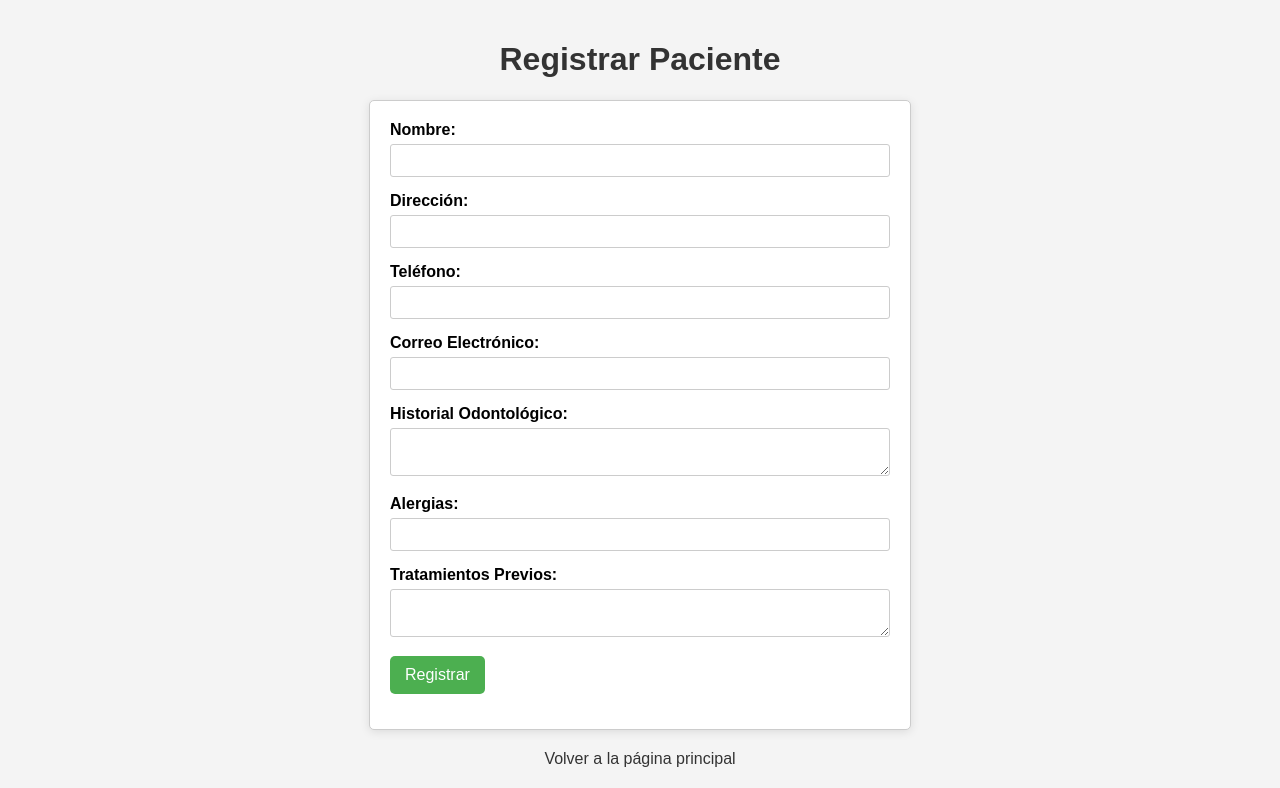
Repository: Aimarvera/LPII_EF_VeraDuran
Page: http://localhost/RegistrarPaciente
An editor plug-in stored every save of this project. The page is shown before and after the next save, followed by the edit.
The browser window is 1280 px wide. The pictures show the whole page.
The page is this project's Thymeleaf template; nobody is signed in. The template is opened directly, without the code that normally fills it, so the values that code supplies are empty.

Above is the page before, as saved 2024-10-24 04:39:38.

### Clinica/src/main/resources/templates/RegistrarPaciente.html
<!DOCTYPE html>
<html xmlns:th="http://www.thymeleaf.org">
<head>
    <meta charset="UTF-8">
    <title>Registrar Paciente</title>
    <link rel="stylesheet" type="text/css" href="/css/RegistrarPacientes.css"> <!-- Vincula el CSS -->
</head>
<body>
    <h1>Registrar Paciente</h1>

    <form th:action="@{/pacientes/registrar}" th:object="${paciente}" method="post">
        <div>
            <label for="nombre">Nombre:</label>
            <input type="text" id="nombre" th:field="*{nombre}" required/>
        </div>
        <div>
            <label for="direccion">Dirección:</label>
            <input type="text" id="direccion" th:field="*{direccion}" required/>
        </div>
        <div>
            <label for="telefono">Teléfono:</label>
            <input type="text" id="telefono" th:field="*{telefono}" required/>
        </div>
        <div>
            <label for="email">Correo Electrónico:</label>
            <input type="email" id="email" th:field="*{email}" required/>
        </div>
        <div>
            <label for="historialOdontologico">Historial Odontológico:</label>
            <textarea id="historialOdontologico" th:field="*{historialOdontologico}" required></textarea>
        </div>
        <div>
            <label for="alergias">Alergias:</label>
            <input type="text" id="alergias" th:field="*{alergias}" />
        </div>
        <div>
            <label for="tratamientosPrevios">Tratamientos Previos:</label>
            <textarea id="tratamientosPrevios" th:field="*{tratamientosPrevios}"></textarea>
        </div>

        <div>
            <button type="submit">Registrar</button>
        </div>
    </form>

    <a th:href="@{/}">Volver a la página principal</a>
</body>
</html>

### Clinica/src/main/resources/static/Registrarpacientes.css
/* RegistrarPacientes.css */

/* Estilos generales del body */
body {
    font-family: Arial, sans-serif;
    background-color: #f4f4f4;
    margin: 0;
    padding: 20px;
}

/* Estilo del título principal */
h1 {
    color: #333;
    text-align: center;
}

/* Estilo del formulario */
form {
    background-color: white;
    border: 1px solid #ccc;
    border-radius: 5px;
    padding: 20px;
    max-width: 500px;
    margin: auto;
    box-shadow: 0 2px 10px rgba(0, 0, 0, 0.1);
}

/* Estilo de los elementos del formulario */
div {
    margin-bottom: 15px;
}

/* Estilo de las etiquetas */
label {
    display: block;
    margin-bottom: 5px;
    font-weight: bold;
}

/* Estilo de los campos de entrada */
input[type="text"],
input[type="email"],
textarea {
    width: 100%;
    padding: 8px;
    border: 1px solid #ccc;
    border-radius: 3px;
    box-sizing: border-box;
}

/* Estilo de los botones */
button {
    background-color: #4CAF50; /* Color verde */
    color: white;
    padding: 10px 15px;
    border: none;
    border-radius: 5px;
    cursor: pointer;
    font-size: 16px;
    transition: background-color 0.3s;
}

button:hover {
    background-color: #45a049; /* Color verde más oscuro al pasar el mouse */
}

/* Enlace de vuelta */
a {
    display: block;
    text-align: center;
    margin-top: 20px;
    text-decoration: none;
    color: #333;
}

a:hover {
    text-decoration: underline;
}

### Clinica/src/main/resources/static/listar.css
/* Estilos generales */
body {
    font-family: Arial, sans-serif;
    background-color: #f4f4f4;
    margin: 0;
    padding: 20px;
}

/* Título */
h1 {
    color: #333;
    text-align: center;
}

/* Tabla */
table {
    width: 100%;
    border-collapse: collapse;
    margin-top: 20px;
}

th, td {
    padding: 12px;
    text-align: left;
    border-bottom: 1px solid #ddd;
}

th {
    background-color: #4CAF50; /* Color de fondo del encabezado */
    color: white; /* Color del texto del encabezado */
}

/* Filas alternas */
tr:nth-child(even) {
    background-color: #f2f2f2; /* Color de las filas alternas */
}

/* Enlaces */
a {
    display: inline-block;
    margin-top: 20px;
    text-align: center;
    text-decoration: none;
    color: white;
    background-color: #4CAF50; /* Color de fondo del botón */
    padding: 10px 15px;
    border-radius: 5px;
}

a:hover {
    background-color: #45a049; /* Color al pasar el mouse */
}

After the next save:
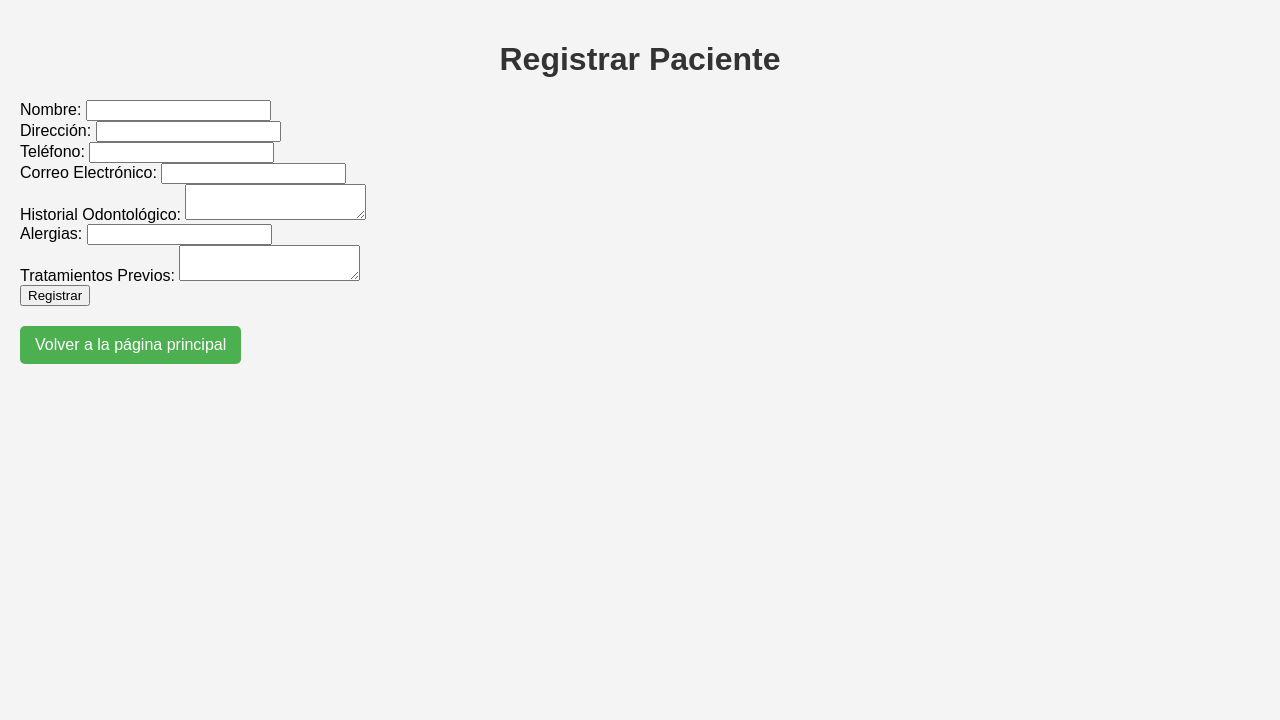
Saved 2 min 8 s later.
--- a/Clinica/src/main/resources/templates/RegistrarPaciente.html
+++ b/Clinica/src/main/resources/templates/RegistrarPaciente.html
@@ -3,7 +3,7 @@
 <head>
     <meta charset="UTF-8">
     <title>Registrar Paciente</title>
-    <link rel="stylesheet" type="text/css" href="/css/RegistrarPacientes.css"> <!-- Vincula el CSS -->
+    <link rel="stylesheet" type="text/css" href="/css/listar.css"> <!-- Vincula el CSS -->
 </head>
 <body>
     <h1>Registrar Paciente</h1>
